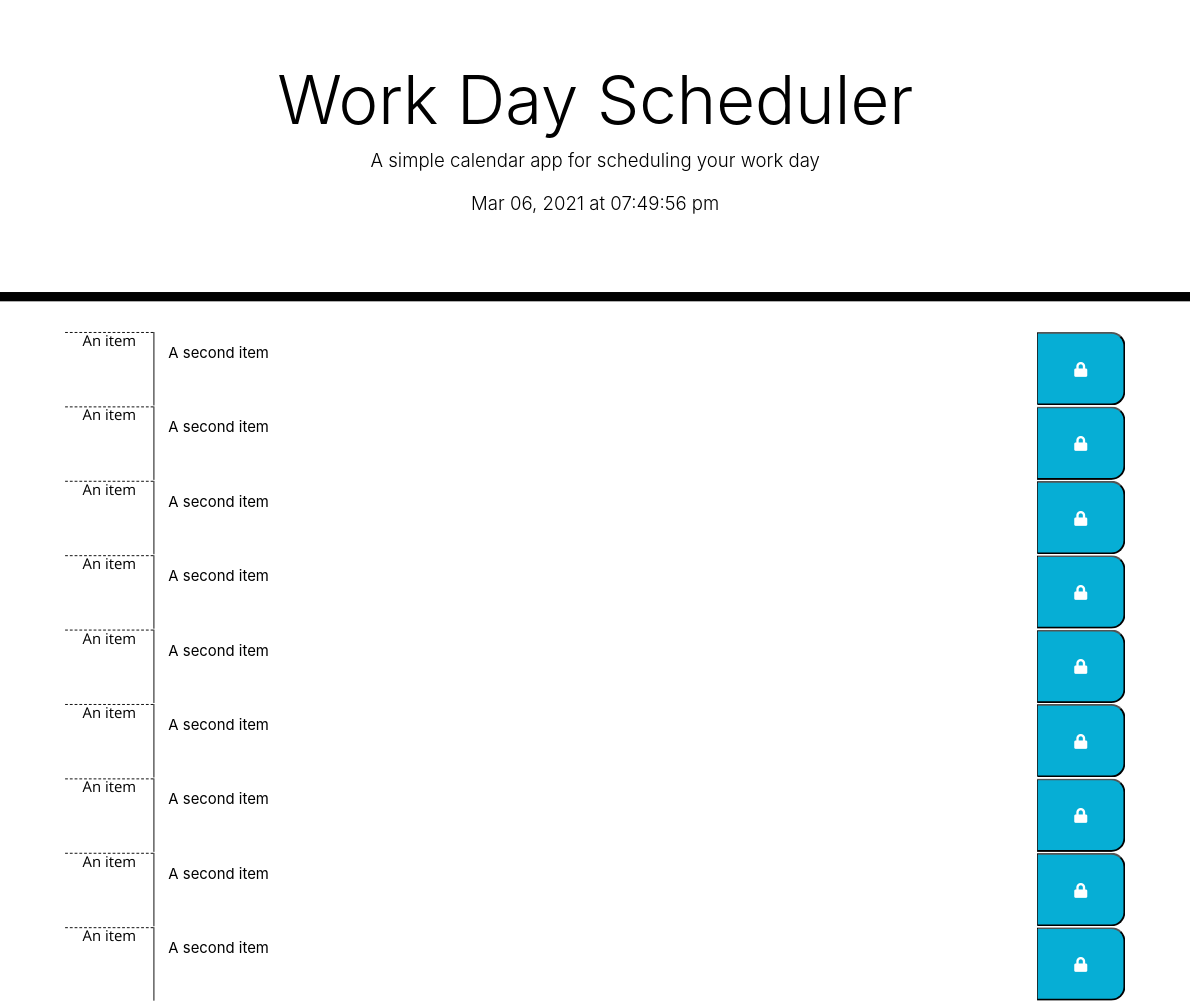
Repository: ziffoit/Work-Day_Scheduler
Page: Develop/index.html
An editor plug-in stored every save of this project. The page is shown before and after the next save, followed by the edit.
The browser window is 1280 px wide. The pictures show the whole page, at 93% of full size.
Some web libraries are served in a nearby version.

Above is the page before, as saved 2021-03-17 19:00:07.

After the next save:
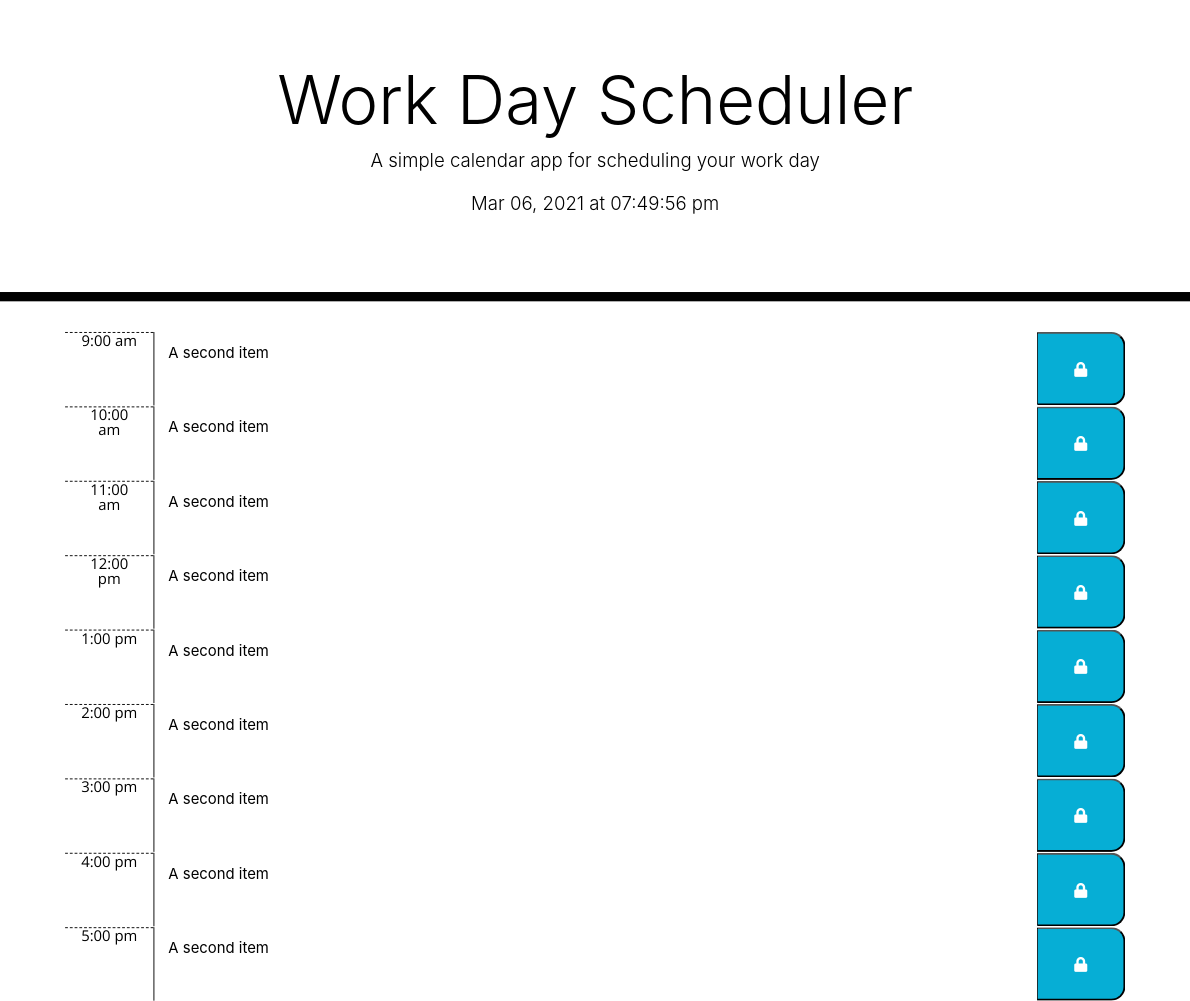
Saved 3 min 18 s later.
--- a/Develop/index.html
+++ b/Develop/index.html
@@ -30,47 +30,47 @@
     </header>
     <div class="container">
       <div class="row time-block">
-        <hourbody class="col-1 hour">An item</hourbody>
+        <hourbody class="col-1 hour">9:00 am</hourbody>
         <textarea class="col-10 description">A second item</textarea>
         <button class="col-1 saveBtn"><i class="fas fa-lock"></i></button>
       </div>
       <div class="row time-block">
-        <hourbody class="col-1 hour">An item</hourbody>
+        <hourbody class="col-1 hour">10:00 am</hourbody>
         <textarea class="col-10 description">A second item</textarea>
         <button class="col-1 saveBtn"><i class="fas fa-lock"></i></button>
       </div>
       <div class="row time-block">
-        <hourbody class="col-1 hour">An item</hourbody>
+        <hourbody class="col-1 hour">11:00 am</hourbody>
         <textarea class="col-10 description">A second item</textarea>
         <button class="col-1 saveBtn"><i class="fas fa-lock"></i></button>
       </div>
       <div class="row time-block">
-        <hourbody class="col-1 hour">An item</hourbody>
+        <hourbody class="col-1 hour">12:00 pm</hourbody>
         <textarea class="col-10 description">A second item</textarea>
         <button class="col-1 saveBtn"><i class="fas fa-lock"></i></button>
       </div>
       <div class="row time-block">
-        <hourbody class="col-1 hour">An item</hourbody>
+        <hourbody class="col-1 hour">1:00 pm</hourbody>
         <textarea class="col-10 description">A second item</textarea>
         <button class="col-1 saveBtn"><i class="fas fa-lock"></i></button>
       </div>
       <div class="row time-block">
-        <hourbody class="col-1 hour">An item</hourbody>
+        <hourbody class="col-1 hour">2:00 pm</hourbody>
         <textarea class="col-10 description">A second item</textarea>
         <button class="col-1 saveBtn"><i class="fas fa-lock"></i></button>
       </div>
       <div class="row time-block">
-        <hourbody class="col-1 hour">An item</hourbody>
+        <hourbody class="col-1 hour">3:00 pm</hourbody>
         <textarea class="col-10 description">A second item</textarea>
         <button class="col-1 saveBtn"><i class="fas fa-lock"></i></button>
       </div>
       <div class="row time-block">
-        <hourbody class="col-1 hour">An item</hourbody>
+        <hourbody class="col-1 hour">4:00 pm</hourbody>
         <textarea class="col-10 description">A second item</textarea>
         <button class="col-1 saveBtn"><i class="fas fa-lock"></i></button>
       </div>
       <div class="row time-block">
-        <hourbody class="col-1 hour">An item</hourbody>
+        <hourbody class="col-1 hour">5:00 pm</hourbody>
         <textarea class="col-10 description">A second item</textarea>
         <button class="col-1 saveBtn"><i class="fas fa-lock"></i></button>
       </div>
